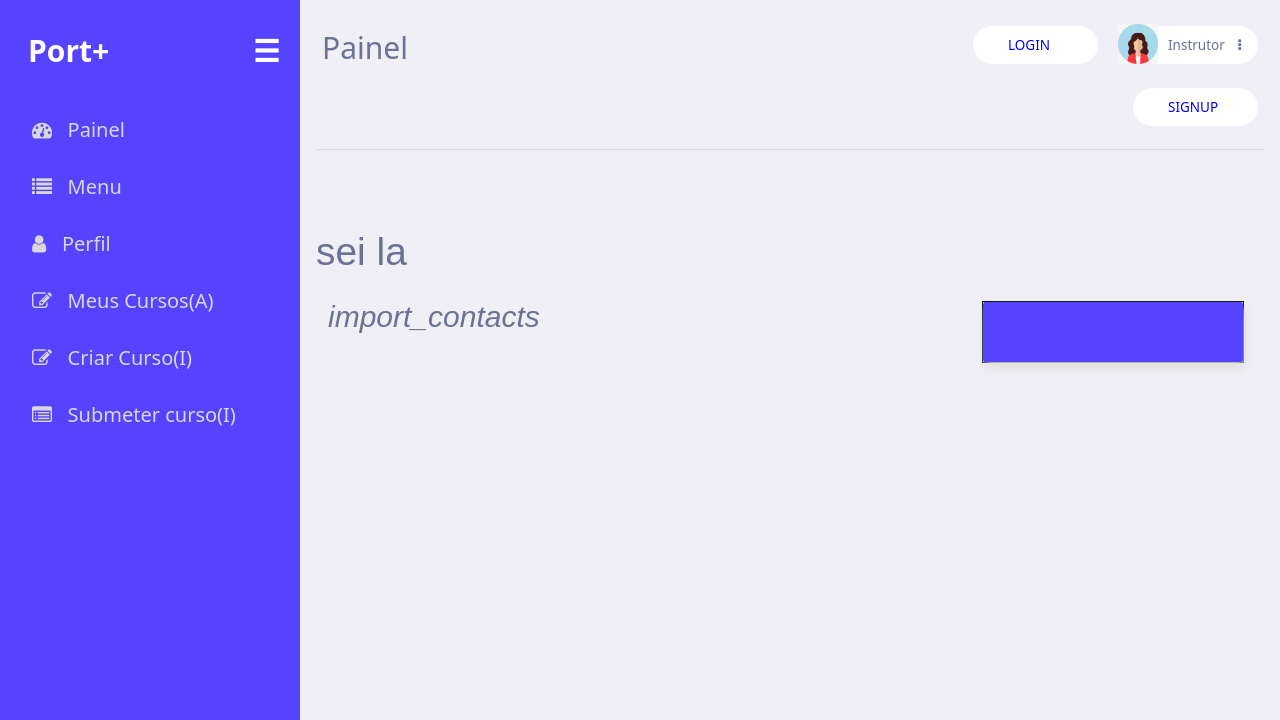
Repository: LauraMViana/Port-plus
Page: http://localhost/portPlus/apresentarCurso/apresentMaterial
The author's editor kept a copy of each file at every save. The page is drawn from the files as they stood at one save, then again after the next save.
The browser window is 1280 px wide. The pictures show the whole page.
The page is this project's Thymeleaf template; nobody is signed in. The template is opened directly, without the code that normally fills it, so the values that code supplies are empty.

Above is the page before, as saved 2021-12-27 16:54:54.

After the next save:
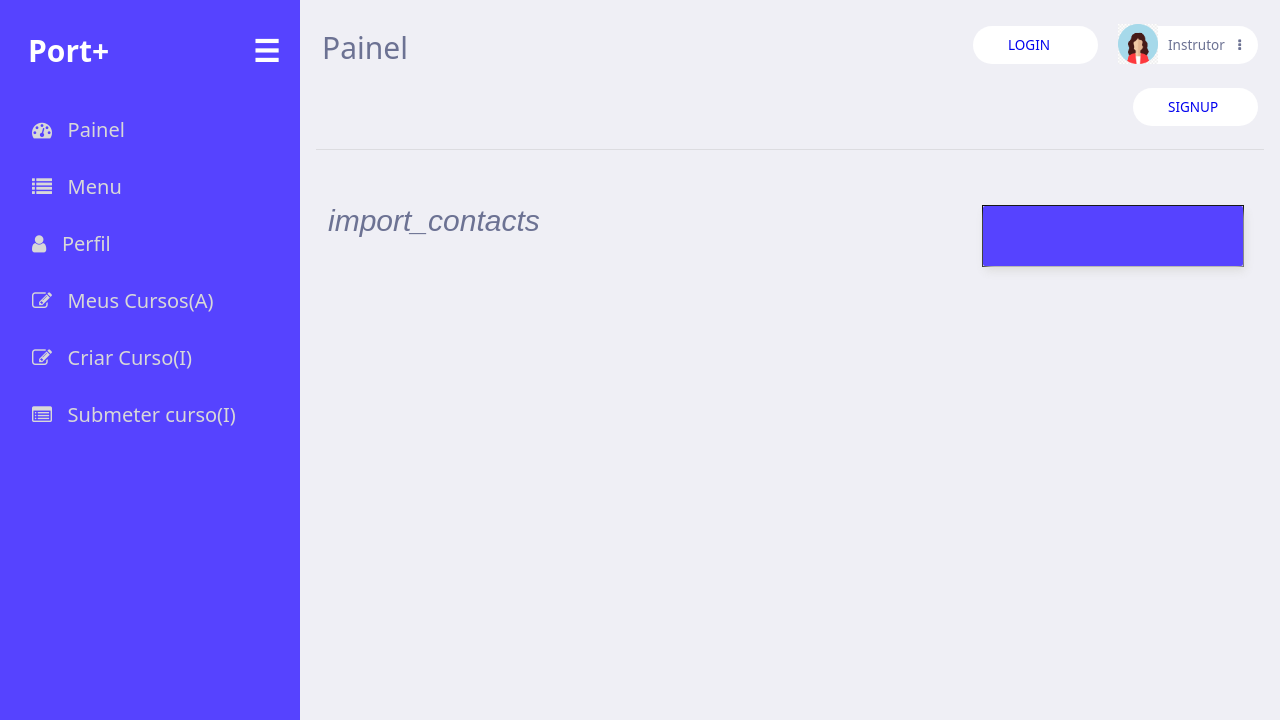
Saved 10 s later.
--- a/port/src/main/resources/templates/portPlus/apresentarCurso/apresentMaterial.html
+++ b/port/src/main/resources/templates/portPlus/apresentarCurso/apresentMaterial.html
@@ -16,7 +16,6 @@
 <body>
 	<div th:insert="~{menu :: menu}"></div>
 	<div id="main">
-	<h1>sei la</h1>
 		<div>
 			<h6>
 				<i class="material-icons col s2"> import_contacts</i> <span
